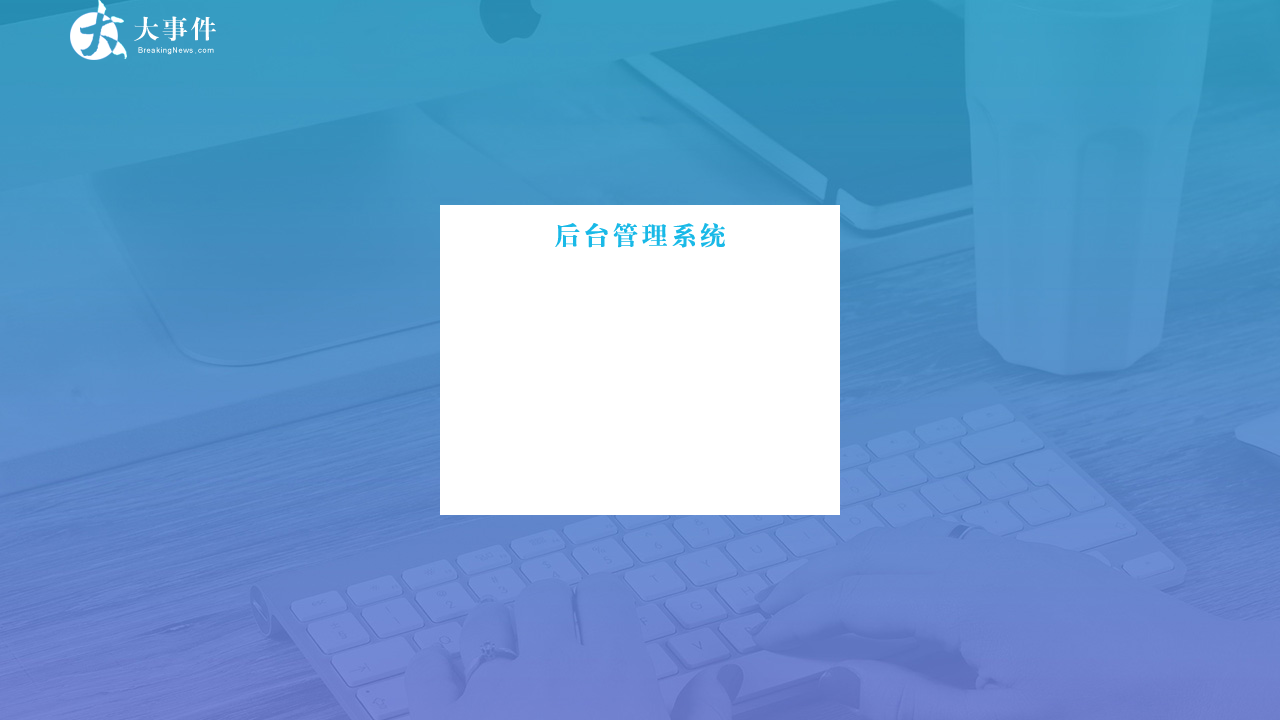
Repository: keyboying1/web_bigevent
Page: login.html
An editor plug-in stored every save of this project. The page is shown before and after the next save, followed by the edit.
The browser window is 1280 px wide. The pictures show the whole page.

Above is the page before, as saved 2022-11-18 14:56:14.

After the next save:
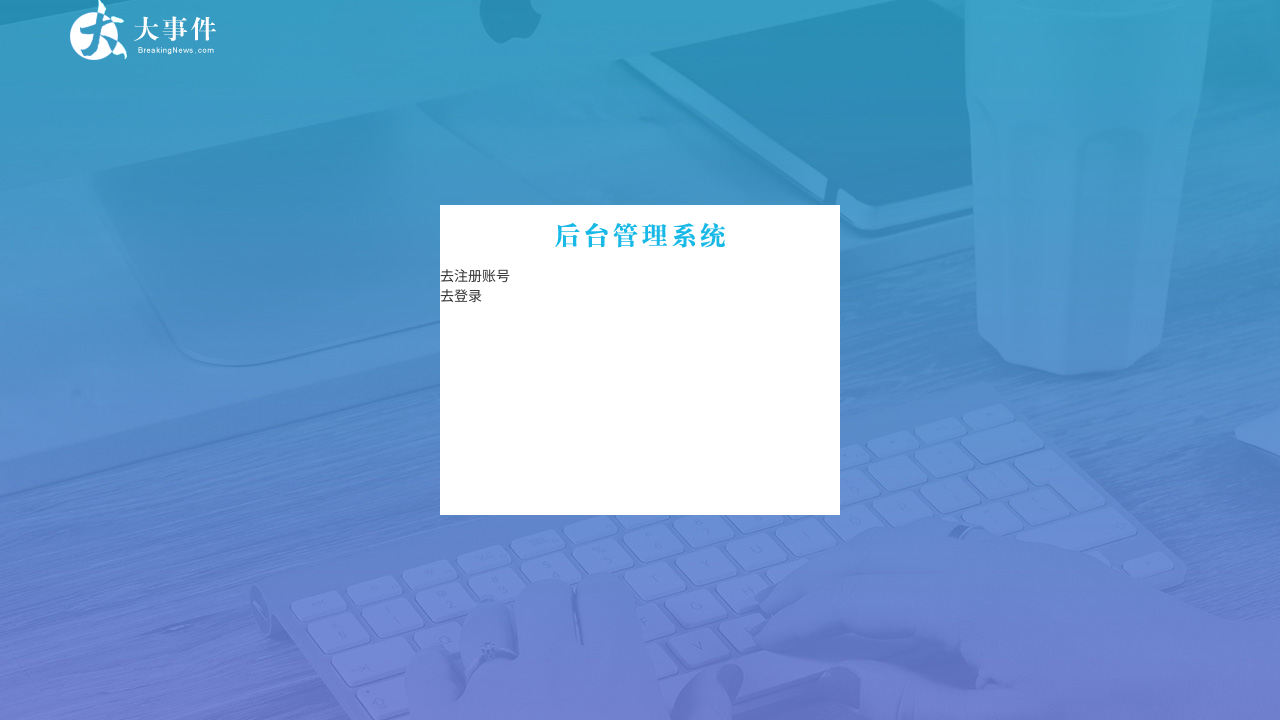
Saved 9 min 12 s later.
--- a/login.html
+++ b/login.html
@@ -17,8 +17,14 @@
 
     <!-- 登录注册区域 -->
     <div class="loginAndRegBox">
-        <div class="title-box">
-
+        <div class="title-box" ></div>
+        <!-- 登录div -->
+        <div class="login-box">
+            <a href="javascript:;" id="link-reg">去注册账号</a>
+        </div>
+        <!-- 注册div -->
+        <div class="reg-box">
+            <a href="javascript:;" id="link-login">去登录</a>
         </div>
     </div>
 </body>
